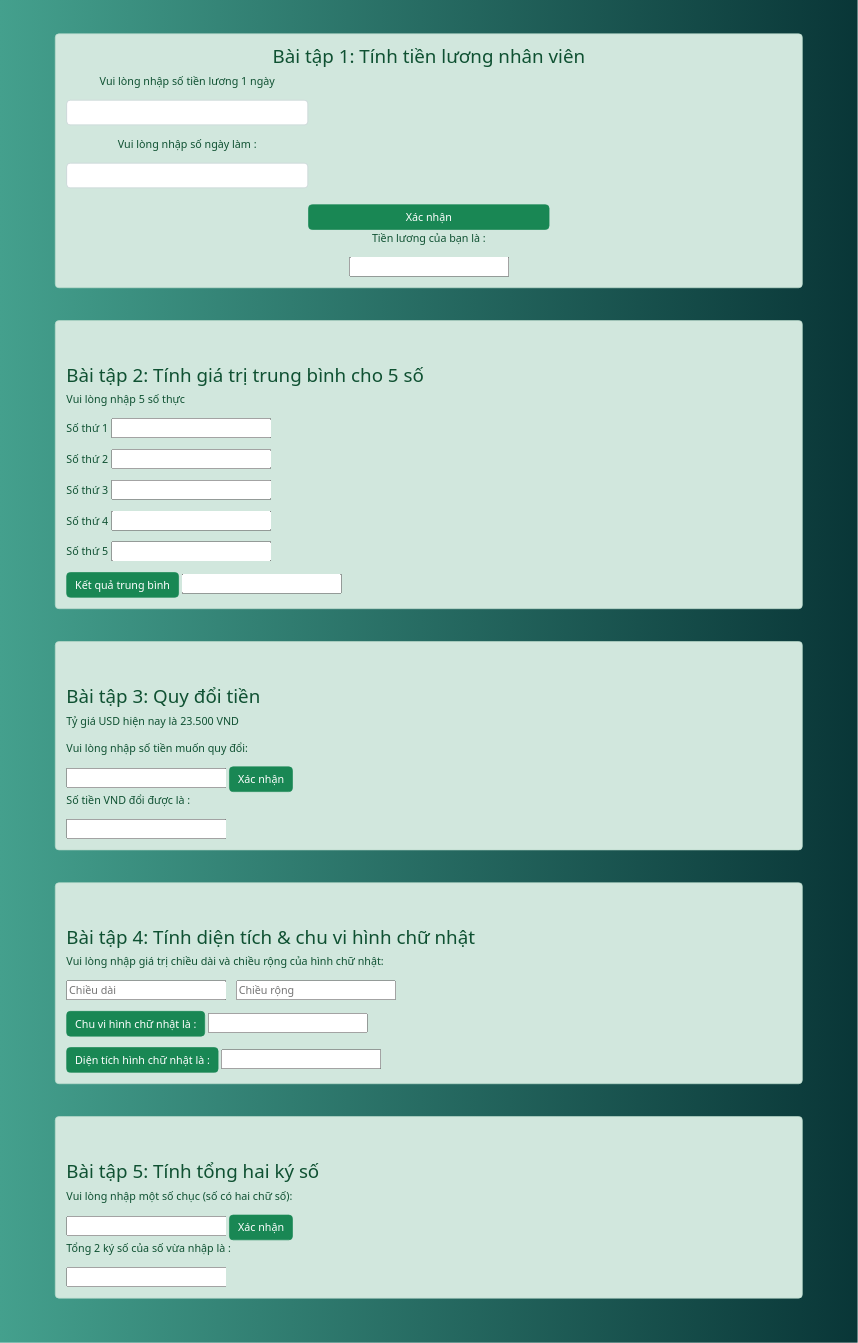
Repository: hcozyph/TranHuuPhuoc_BC43_BT_JS_Buoi2
Page: index.html
An editor plug-in stored every save of this project. The page is shown before and after the next save, followed by the edit.
The browser window is 1280 px wide. The pictures show the whole page, at 67% of full size.

Above is the page before, as saved 2023-02-03 20:42:02.

After the next save:
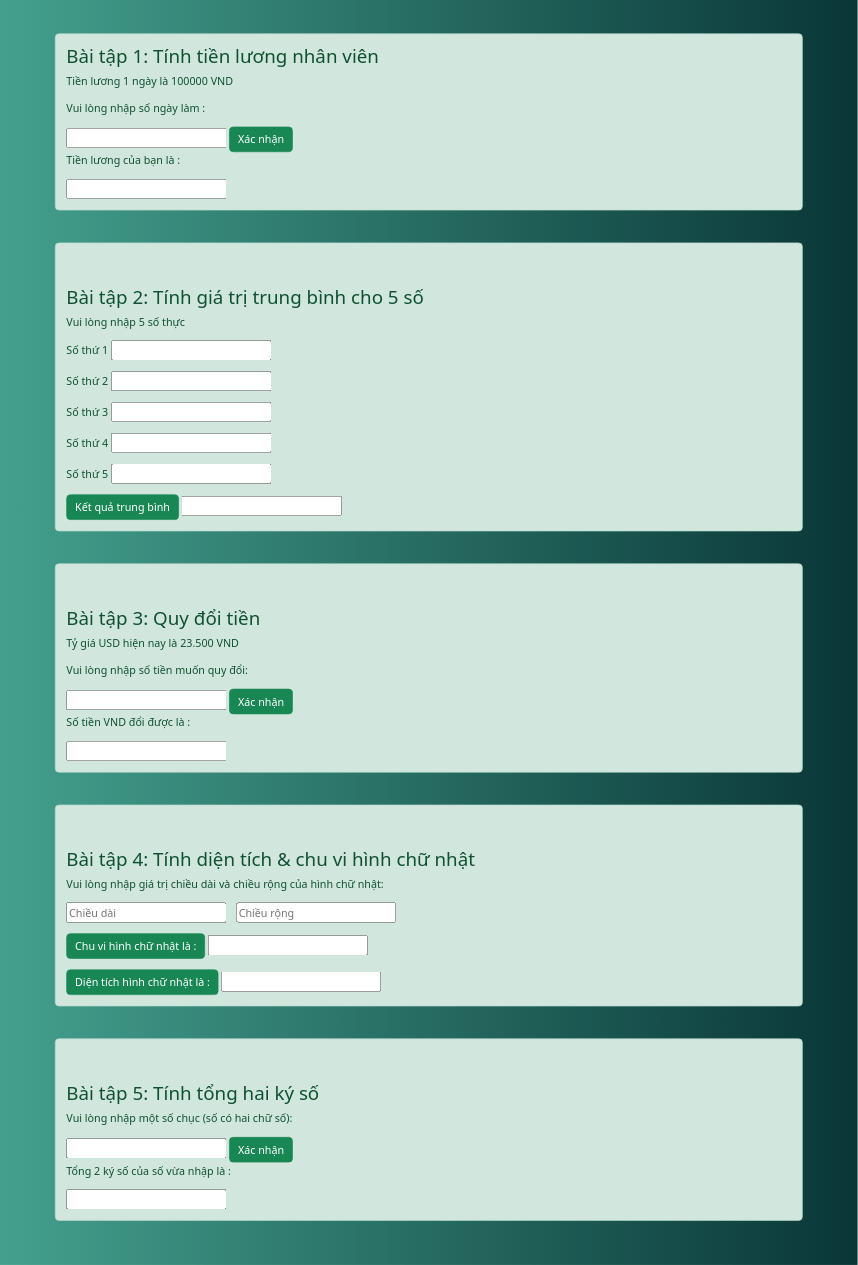
Saved 44 s later.
--- a/index.html
+++ b/index.html
@@ -45,37 +45,18 @@
             <!-- BT1 -->
             <div class="container">
                 <!-- BT-1 -->
-                <div class="BT1 alert alert-success text-center">
+                <div class="BT1 alert alert-success">
                     <h1 class="fs-3">Bài tập 1: Tính tiền lương nhân viên</h1>
-
-                    <div class="col-4 text">
-                        <p>Vui lòng nhập số tiền lương 1 ngày</p>
-
-                        <input
-                            type="text"
-                            id="luongMotNgay"
-                            class="form-control"
-                        />
-                    </div>
-
-                    <div class="col-4 mt-3">
-                        <p>Vui lòng nhập số ngày làm :</p>
-
-                        <input
-                            type="number"
-                            id="soNgayLam"
-                            class="form-control"
-                        />
-                    </div>
-
+                    <p>Tiền lương 1 ngày là 100000 VND</p>
+                    <p>Vui lòng nhập số ngày làm :</p>
+                    <input type="number" id="soNgayLam" />
                     <button
-                        class="btn btn-success col-4 mt-4"
+                        class="btn btn-success"
                         id="btnXacNhan"
                         onclick="inputSoNgayLam()"
                     >
                         Xác nhận
                     </button>
-
                     <p>Tiền lương của bạn là :</p>
                     <input type="text" id="result" />
                 </div>
